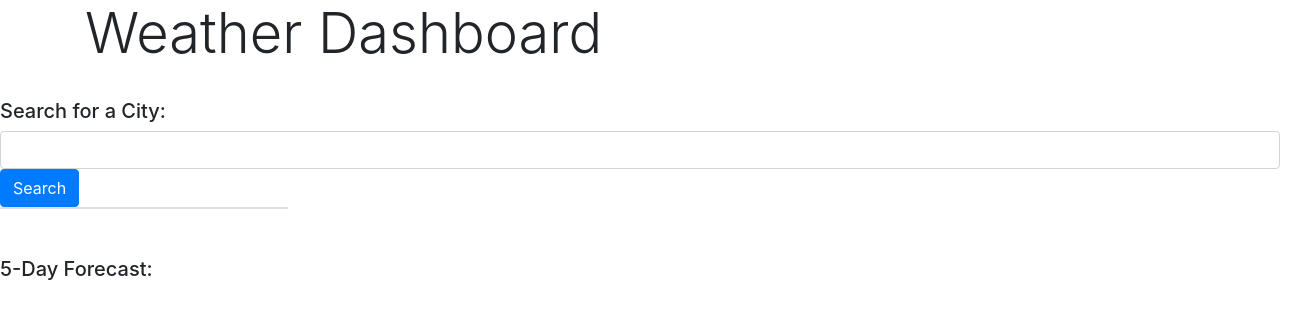
Repository: LaBrewT2/weather-dashboard
Page: index.html
The author's editor kept a copy of each file at every save. The page is drawn from the files as they stood at one save, then again after the next save.
The browser window is 1280 px wide. The page is 1295 px wide, then 1280 px, so the pictures cover 1295 px, including what lies to the right of the window. The pictures show the whole page.
Some web libraries are served in a nearby version.

Above is the page before, as saved 2020-11-26 19:48:41.

After the next save:
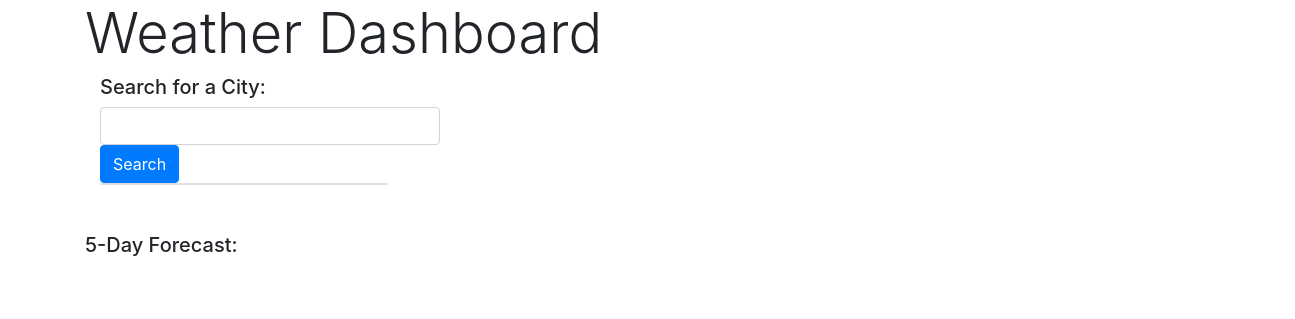
Saved 5 s later.
--- a/index.html
+++ b/index.html
@@ -22,7 +22,7 @@
 </div>
 
 <!-- Page main container with rows -->
-<di
+<div id ="maincontainer" class="container">
 
   <div class="col-4" id = "searchBlock">
 
